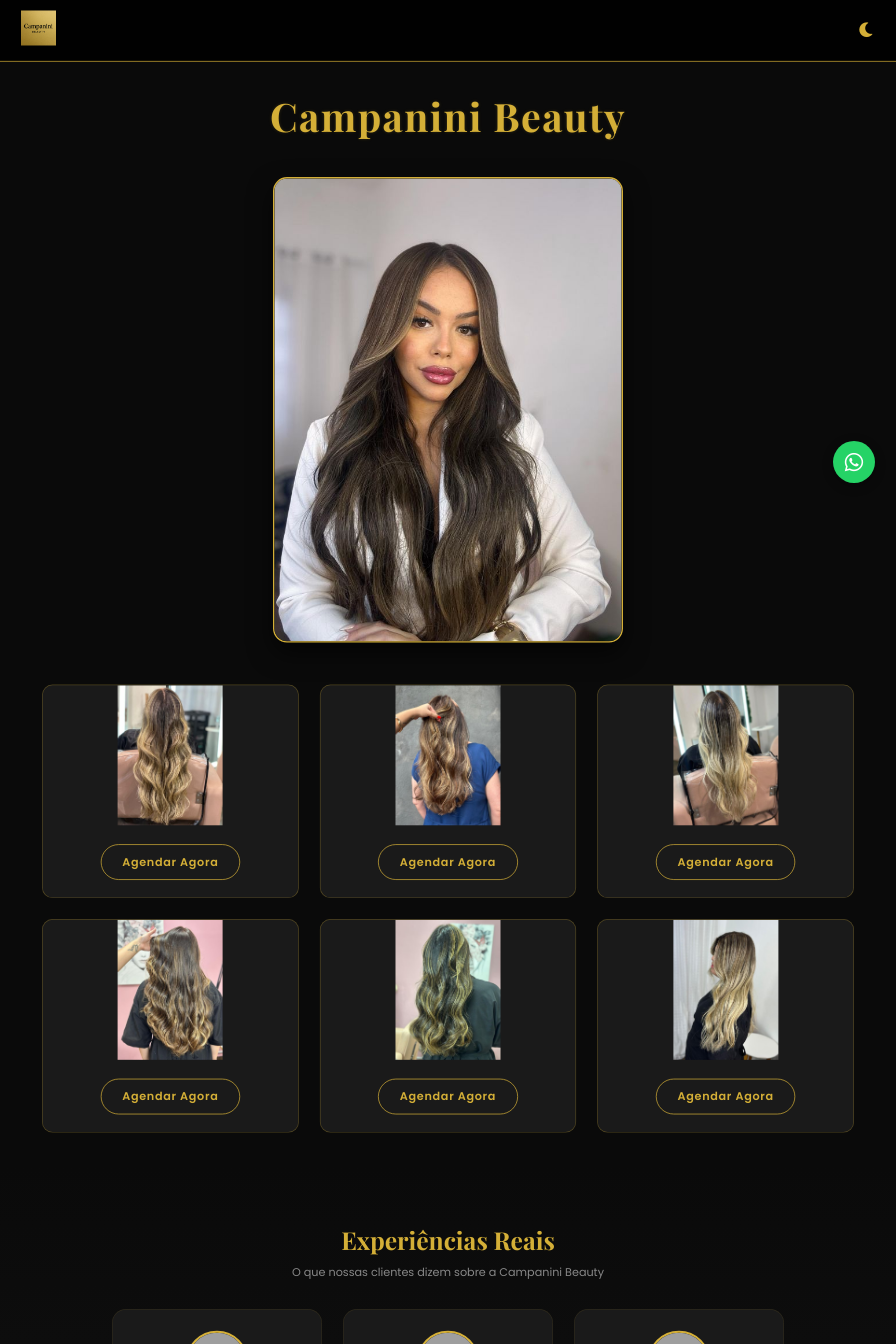
Repository: Sandro1969-tech/campanini-beauty
Page: index.html
An editor plug-in stored every save of this project. The page is shown before and after the next save, followed by the edit.
The browser window is 1280 px wide. The pictures show the part of the page from y = 0 to 1920 px (the page is 2901 px tall), at 70% of full size.
Pictures or frames that could not be fetched are drawn as grey boxes.

Above is the page before, as saved 2026-02-17 20:00:29.

### index.html
<!DOCTYPE html>
<html lang="pt-br">
<head>
    <meta charset="UTF-8">
    <meta name="viewport" content="width=device-width, initial-scale=1.0">
    <title>Campanini Beauty | Clínica Premium</title>
    <link rel="icon" href="assets/image/favicon.png" type="image/x-icon">
    <link href="https://fonts.googleapis.com/css2?family=Playfair+Display:wght@700&family=Poppins:wght@300;400;600&display=swap" rel="stylesheet">
    <link rel="stylesheet" href="https://cdnjs.cloudflare.com/ajax/libs/font-awesome/6.0.0/css/all.min.css">

    <style>
        :root {
            --gold: #D4AF37;
            --gold-light: #F1D592;
            --black: #0a0a0a;
            --dark-gray: #1a1a1a;
            --white: #ffffff;
            --transition: all 0.4s cubic-bezier(0.175, 0.885, 0.32, 1.275);
        }

        .light-mode {
            --black: #f4f4f4;
            --dark-gray: #ffffff;
            --white: #0a0a0a;
        }

        * { margin: 0; padding: 0; box-sizing: border-box; }

        body {
            background-color: var(--black);
            color: var(--white);
            font-family: 'Poppins', sans-serif;
            transition: background 0.5s ease;
            overflow-x: hidden;
        }

        header {
            padding: 15px 30px;
            display: flex;
            justify-content: space-between;
            align-items: center;
            background: rgba(0,0,0,0.9);
            position: sticky;
            top: 0;
            z-index: 1000;
            border-bottom: 1px solid var(--gold);
        }

        .logo img { height: 50px; }

        .theme-switch { cursor: pointer; font-size: 1.5rem; color: var(--gold); }

        /* --- TÍTULO PULSANTE ATUALIZADO --- */
        .pulsing-title {
            font-family: 'Playfair Display', serif;
            font-size: 3.5rem;
            text-align: center;
            color: var(--gold);
            margin: 40px 0;
            animation: pulse 2.5s infinite;
            letter-spacing: 2px;
        }

        @keyframes pulse {
            0% { transform: scale(1); text-shadow: 0 0 5px rgba(212, 175, 55, 0.2); }
            50% { transform: scale(1.05); text-shadow: 0 0 25px var(--gold); }
            100% { transform: scale(1); text-shadow: 0 0 5px rgba(212, 175, 55, 0.2); }
        }

        /* --- IMAGEM PRINCIPAL CENTRALIZADA E MENOR --- */
        .hero {
            width: 100%;
            display: flex;
            justify-content: center;
            padding: 10px 20px;
        }

        .hero img {
            max-width: 500px; /* Tamanho reduzido para não ocupar a tela toda */
            width: 100%;
            height: auto;
            border-radius: 20px;
            object-fit: cover;
            border: 2px solid var(--gold);
            box-shadow: 0 15px 35px rgba(0,0,0,0.6);
        }

        /* --- GRID DE SERVIÇOS --- */
        .container { max-width: 1200px; margin: 50px auto; padding: 0 20px; }
        .grid { display: grid; grid-template-columns: repeat(auto-fit, minmax(280px, 1fr)); gap: 30px; }

        .card {
            background: var(--dark-gray);
            border: 1px solid rgba(212, 175, 55, 0.3);
            border-radius: 15px;
            overflow: hidden;
            text-align: center;
            padding-bottom: 25px;
            transition: var(--transition);
        }

        .card:hover {
            transform: translateY(-10px);
            border-color: var(--gold);
            box-shadow: 0 10px 30px rgba(212, 175, 55, 0.2);
        }

        .card img {
            width: 100%;
            height: 200px;
            object-fit: contain;
            padding: 10ps; /* Garante que a imagem não fique esticada */
        }

        /* --- SEÇÃO DE DEPOIMENTOS --- */
        .testimonials-section {
            padding: 80px 20px;
            background: linear-gradient(180deg, var(--black) 0%, #111 100%);
            text-align: center;
        }

        .testimonials-grid {
            display: flex;
            justify-content: center;
            flex-wrap: wrap;
            gap: 30px;
            margin-top: 40px;
        }

        .testimonial-card {
            background: var(--dark-gray);
            padding: 30px;
            border-radius: 20px;
            width: 300px;
            border: 1px solid rgba(212, 175, 55, 0.1);
            position: relative;
        }

        .testimonial-card img {
            width: 90px;
            height: 90px;
            border-radius: 50%;
            border: 3px solid var(--gold);
            margin-bottom: 15px;
            object-fit: cover;
        }

        .testimonial-card h4 { color: var(--gold); margin-bottom: 10px; font-size: 1.1rem; }
        .testimonial-card p { font-style: italic; font-size: 0.9rem; color: #ccc; line-height: 1.5; }

        .btn-booking {
            display: inline-block;
            margin-top: 20px;
            padding: 12px 30px;
            background: transparent;
            color: var(--gold);
            border: 1px solid var(--gold);
            border-radius: 50px;
            text-decoration: none;
            font-weight: 600;
            letter-spacing: 1px;
            transition: var(--transition);
        }

        .btn-booking:hover {
            background: var(--gold);
            color: var(--black);
            transform: scale(1.05);
        }

        /* WhatsApp */
        .whatsapp-float {
            position: fixed; bottom: 30px; right: 30px;
            background: #25d366; color: white;
            width: 60px; height: 60px; border-radius: 50%;
            display: flex; align-items: center; justify-content: center;
            font-size: 30px; z-index: 1000; text-decoration: none;
            box-shadow: 0 4px 15px rgba(0,0,0,0.3);
        }

        footer { padding: 60px 20px; text-align: center; border-top: 1px solid var(--gold); background: #000; }
        .map-container { margin: 30px auto; max-width: 900px; height: 350px; border: 1px solid var(--gold); border-radius: 10px; overflow: hidden; }

    </style>
</head>
<body>

    <header>
        <div class="logo">
            <img src="assets/image/Logo escrito 'Campan.png" alt="Campanini Beauty">
        </div>
        <div class="theme-switch" onclick="toggleTheme()">
            <i id="theme-icon" class="fas fa-moon"></i>
        </div>
    </header>

    <h1 class="pulsing-title">Campanini Beauty</h1>

    <div class="hero">
        <img src="assets/image/principal.jpg" alt="Destaque Campanini Beauty">
    </div>

    <div class="container">
        <div class="grid">
            <div class="card">
                <img src="assets/image/imagem1.jpg" alt="Procedimento">
                <a href="#" class="btn-booking">Agendar Agora</a>
            </div>
            <div class="card">
                <img src="assets/image/imagem2.jpg" alt="Procedimento">
                <a href="#" class="btn-booking">Agendar Agora</a>
            </div>
            <div class="card">
                <img src="assets/image/imagem3.jpg" alt="Procedimento">
                <a href="#" class="btn-booking">Agendar Agora</a>
            </div>
                        <div class="card">
                <img src="assets/image/imagem4.jpg" alt="Procedimento">
                <a href="#" class="btn-booking">Agendar Agora</a>
            </div>
            <div class="card">
                <img src="assets/image/imagem5.jpg" alt="Procedimento">
                <a href="#" class="btn-booking">Agendar Agora</a>
            </div>
            <div class="card">
                <img src="assets/image/imagem6.jpg" alt="Procedimento">
                <a href="#" class="btn-booking">Agendar Agora</a>
            </div>

        </div>
    </div>

    <section class="testimonials-section">
        <h2 style="font-family: 'Playfair Display'; color: var(--gold); font-size: 2.2rem; margin-bottom: 10px;">Experiências Reais</h2>
        <p style="color: #888;">O que nossas clientes dizem sobre a Campanini Beauty</p>

        <div class="testimonials-grid">
            <div class="testimonial-card">
                <img src="https://randomuser.me/api/portraits/women/32.jpg" alt="Cliente">
                <h4>Juliana Paes</h4>
                <p>"A melhor clínica de estética que já frequentei. O profissionalismo e o luxo do ambiente são incomparáveis."</p>
            </div>
            <div class="testimonial-card">
                <img src="https://randomuser.me/api/portraits/women/45.jpg" alt="Cliente">
                <h4>Roberta Magalhães</h4>
                <p>"Resultados visíveis logo na primeira sessão. A equipe Campanini Beauty é extremamente atenciosa."</p>
            </div>
            <div class="testimonial-card">
                <img src="https://randomuser.me/api/portraits/women/65.jpg" alt="Cliente">
                <h4>Carla Silveira</h4>
                <p>"Um verdadeiro refúgio de beleza em SP. Saio daqui renovada todas as semanas!"</p>
            </div>
        </div>
    </section>

    <footer>
        <p style="color: var(--gold); margin-bottom: 10px;">ONDE ESTAMOS</p>
        <p><strong>Rua soldado João de Oliveira, 421 - Chácara Inglesa, São Paulo</strong></p>

        <div class="map-container">
            <iframe src="https://www.google.com/maps/embed?pb=!1m18!1m12!1m3!1d3656.345!2d-46.638!3d-23.60!2m3!1f0!2f0!3f0!3m2!1i1024!2i768!4f13.1!3m3!1m2!1s0x0%3A0x0!2zMjPCsDM2JzAwLjAiUyA0NsKwMzgnMTYuOCJX!5e0!3m2!1spt-BR!2sbr!4v1620000000000" width="100%" height="100%" style="border:0;" allowfullscreen="" loading="lazy"></iframe>
        </div>

        <a href="#" class="insta-icon"><i class="fab fa-instagram"></i></a>
        <p style="margin-top: 20px; font-size: 0.8rem; color: #555;">© 2026 Campanini Beauty. Todos os direitos reservados.</p>
    </footer>

    <a href="https://wa.me/5511999999999" class="whatsapp-float">
        <i class="fab fa-whatsapp"></i>
    </a>

    <script>
        function toggleTheme() {
            const body = document.body;
            const icon = document.getElementById('theme-icon');
            body.classList.toggle('light-mode');
            if (body.classList.contains('light-mode')) {
                icon.className = 'fas fa-sun';
            } else {
                icon.className = 'fas fa-moon';
            }
        }
    </script>
</body>
</html>

After the next save:
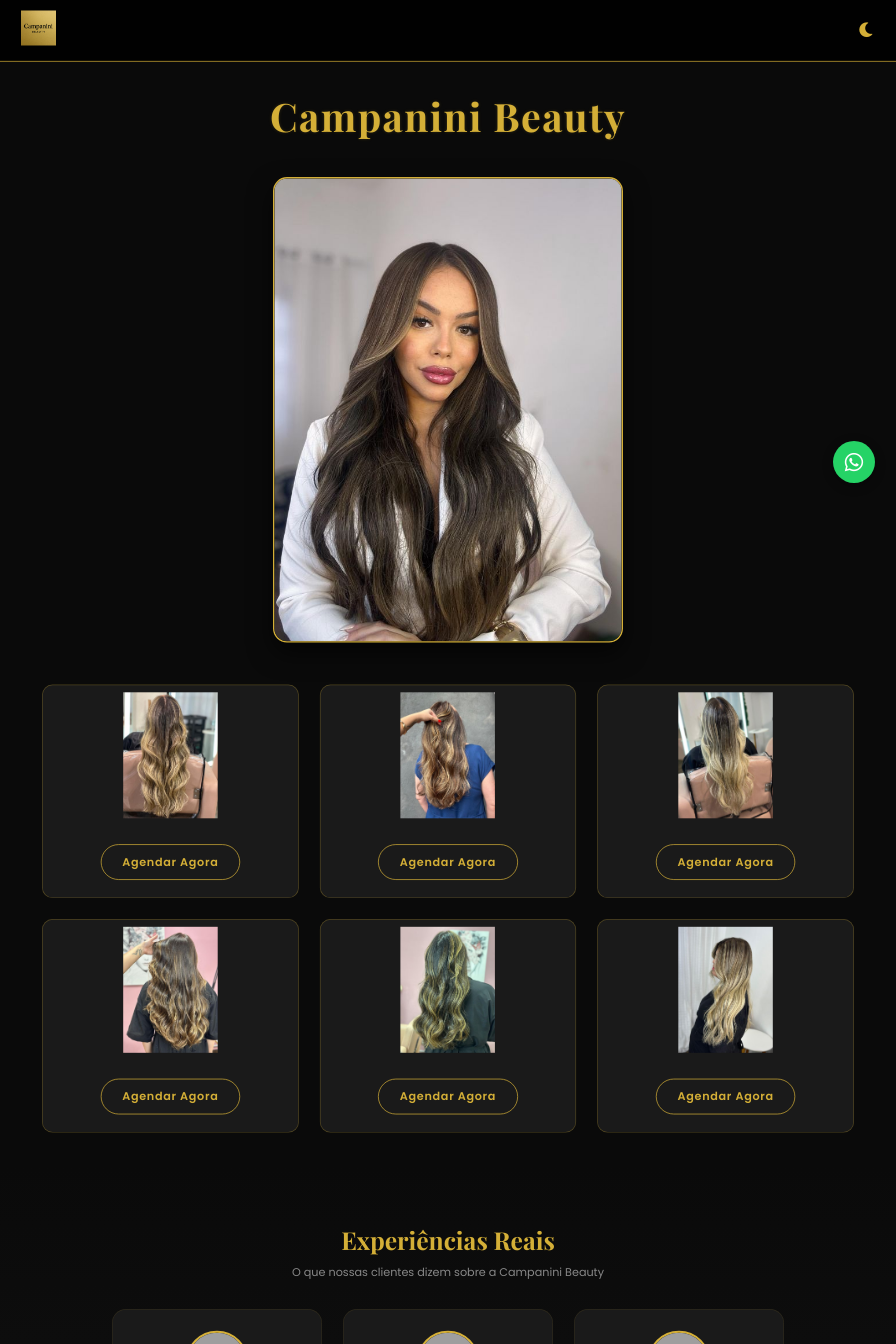
Saved 4 s later.
--- a/index.html
+++ b/index.html
@@ -109,7 +109,7 @@
             width: 100%;
             height: 200px;
             object-fit: contain;
-            padding: 10ps; /* Garante que a imagem não fique esticada */
+            padding: 10px; /* Garante que a imagem não fique esticada */
         }
 
         /* --- SEÇÃO DE DEPOIMENTOS --- */
